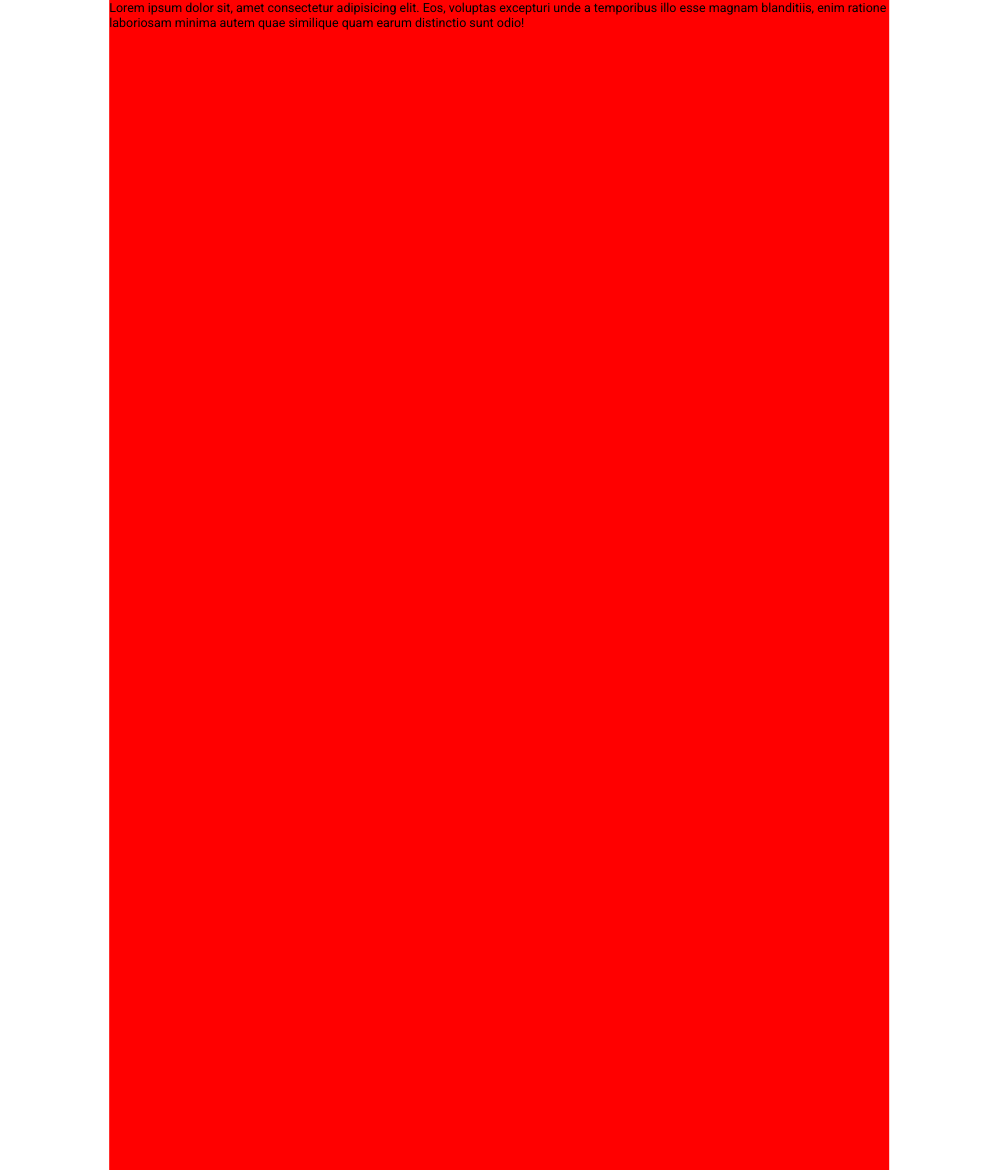
Repository: AmelYahyaoui/journal
Page: index.html
An editor plug-in stored every save of this project. The page is shown before and after a run of saves, followed by the edit.
The browser window is 1280 px wide. The pictures show the whole page, at 78% of full size.
Some web libraries are served in a nearby version.

Above is the page before, as saved 2024-10-08 13:14:01.

After the next 2 saves:
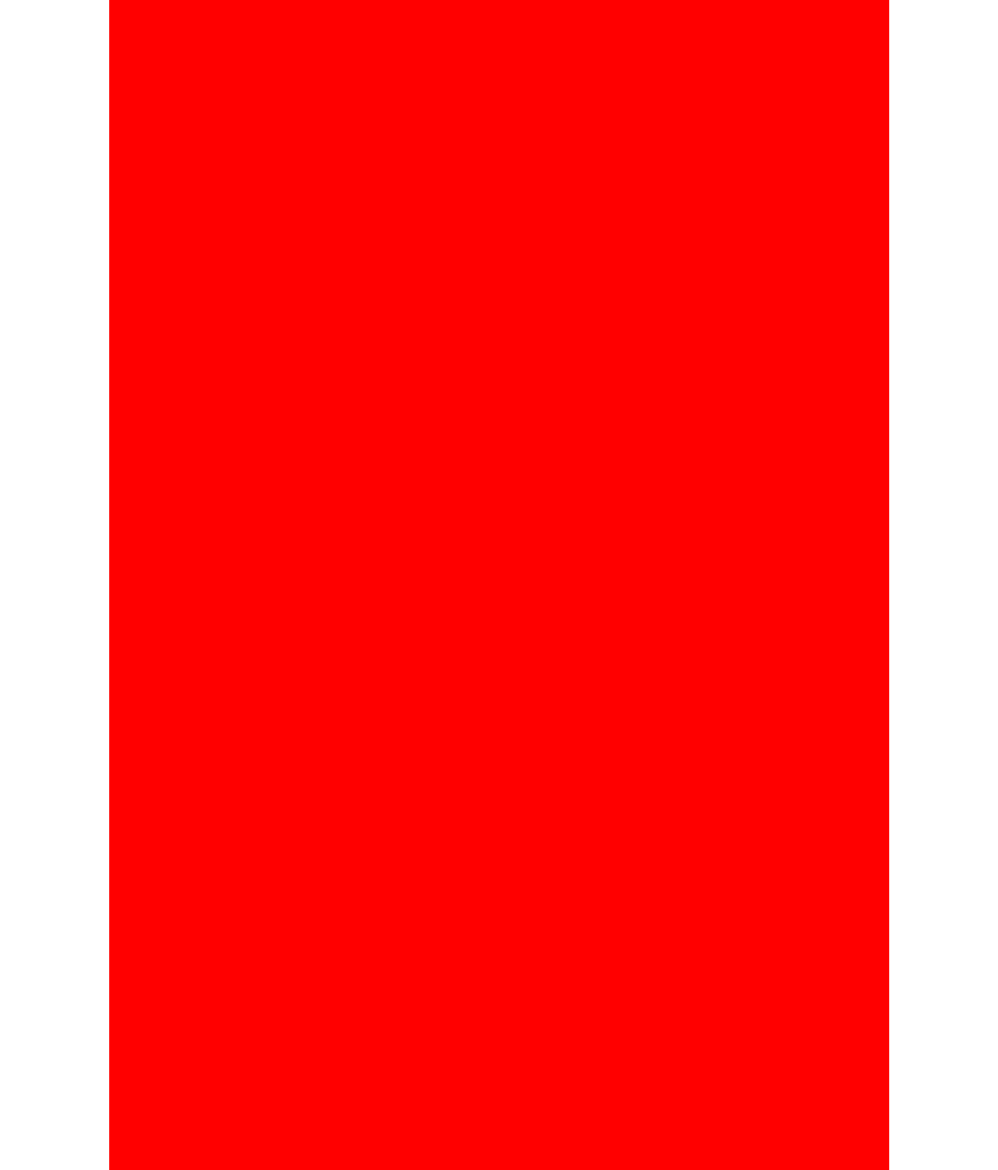
The 2 saves are shown as one change because they came seconds apart.
The last was saved 7 min 50 s later.
--- a/index.html
+++ b/index.html
@@ -13,7 +13,9 @@
   <title>Journal | Acceuil</title>
 </head>
 <body>
-  <div class="container"> Lorem ipsum dolor sit, amet consectetur adipisicing elit. Eos, voluptas excepturi unde a temporibus illo esse magnam blanditiis, enim ratione laboriosam minima autem quae similique quam earum distinctio sunt odio!</div>
+  <div class="container">
+
+  </div>
   <!-- <header>
     <a href="#" class="logo">le journal</a>
      <ul>
